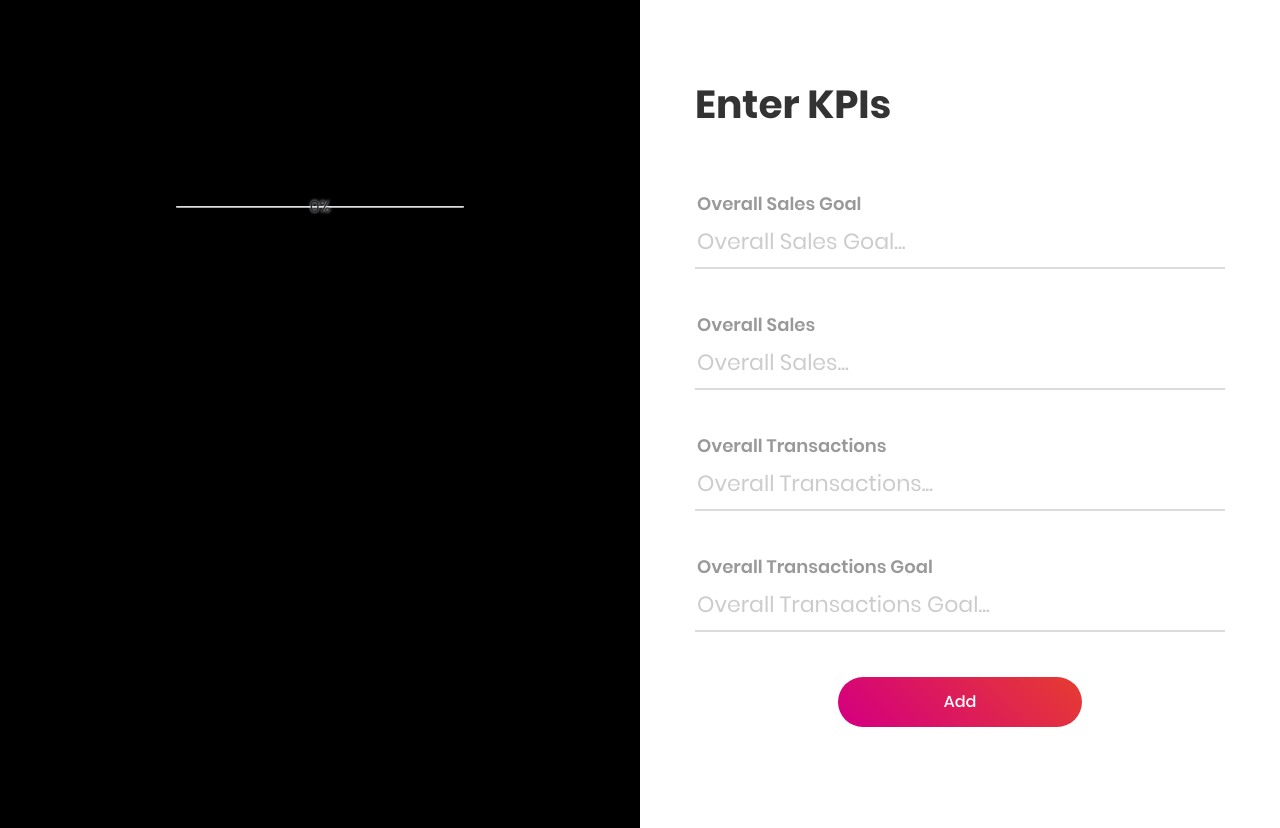
Repository: jameyel/kpi-entry
Page: index.html
These files come from the project's save history. The page is drawn as it stood at one moment and after the next save; the edit follows.
The browser window is 1280 px wide. The pictures show the whole page.

Above is the page before, as saved 2018-12-09 19:45:14.

### index.html
<!DOCTYPE html>
<html lang="en">
  <head>
    <title>Contact V13</title>
    <meta charset="UTF-8" />
    <meta name="viewport" content="width=device-width, initial-scale=1" />
    <!--
      ===============================================================================================
    -->
    <link rel="icon" type="image/png" href="images/icons/favicon.ico" />
    <!--
      ===============================================================================================
    -->
    <link
      rel="stylesheet"
      type="text/css"
      href="vendor/bootstrap/css/bootstrap.min.css"
    />
    <!--
      ===============================================================================================
    -->
    <link
      rel="stylesheet"
      type="text/css"
      href="fonts/font-awesome-4.7.0/css/font-awesome.min.css"
    />
    <!--
      ===============================================================================================
    -->
    <link
      rel="stylesheet"
      type="text/css"
      href="fonts/Linearicons-Free-v1.0.0/icon-font.min.css"
    />
    <!--
      ===============================================================================================
    -->
    <link
      rel="stylesheet"
      type="text/css"
      href="fonts/iconic/css/material-design-iconic-font.min.css"
    />
    <!--
      ===============================================================================================
    -->
    <link rel="stylesheet" type="text/css" href="vendor/animate/animate.css" />
    <!--
      ===============================================================================================
    -->
    <link
      rel="stylesheet"
      type="text/css"
      href="vendor/css-hamburgers/hamburgers.min.css"
    />
    <!--
      ===============================================================================================
    -->
    <link
      rel="stylesheet"
      type="text/css"
      href="vendor/animsition/css/animsition.min.css"
    />
    <!--
      ===============================================================================================
    -->
    <link
      rel="stylesheet"
      type="text/css"
      href="vendor/select2/select2.min.css"
    />
    <!--
      ===============================================================================================
    -->
    <link
      rel="stylesheet"
      type="text/css"
      href="vendor/daterangepicker/daterangepicker.css"
    />
    <link rel="stylesheet" type="text/css" href="./css/loading-bar.css" />
    <!--
      ===============================================================================================
    -->
    <link rel="stylesheet" type="text/css" href="css/util.css" />
    <link rel="stylesheet" type="text/css" href="css/main.css" />
    <!--
      ===============================================================================================
    -->
  </head>
  <body>
    <div class="container-kpi100">
      <div class="kpi100-chart">
        <div
          class="ldBar label-center ldbar-overall-sales"
          style="width:50%;height:50%;margin:auto"
        ></div>
      </div>

      <div class="wrap-kpi100">
        <form class="kpi100-form validate-form">
          <span class="kpi100-form-title"> Enter KPIs </span>

          <div
            class="wrap-input100 validate-input"
            data-validate="Overall Sales are required"
          >
            <div
              class="wrap-input100 validate-input"
              data-validate="Overall Sales Goal is required: 123456"
            >
              <span class="label-input100">Overall Sales Goal</span>
              <input
                class="input100 overall-sales-goal"
                type="text"
                name="osg"
                placeholder="Overall Sales Goal..."
              />
              <span class="focus-input100"></span>
            </div>

            <span class="label-input100">Overall Sales</span>
            <input
              class="input100 overall-sales"
              type="text"
              name="os"
              placeholder="Overall Sales..."
            />
            <span class="focus-input100"></span>
          </div>

          <div class="wrap-input100">
            <span class="label-input100">Overall Transactions</span>
            <input
              class="input100"
              type="text"
              name="ot"
              placeholder="Overall Transactions..."
            />
            <span class="focus-input100"></span>
          </div>

          <div class="wrap-input100">
            <span class="label-input100">Overall Transactions Goal</span>
            <input
              class="input100"
              type="text"
              name="otg"
              placeholder="Overall Transactions Goal..."
            />
            <span class="focus-input100"></span>
          </div>

          <div class="container-kpi100-form-btn">
            <div class="wrap-kpi100-form-btn">
              <div class="kpi100-form-bgbtn"></div>
              <button class="kpi100-form-btn">Add</button>
            </div>
          </div>
        </form>
      </div>
    </div>

    <div id="dropDownSelect1"></div>

    <!--
      ===============================================================================================
    -->
    <script src="vendor/jquery/jquery-3.2.1.min.js"></script>
    <!--
      ===============================================================================================
    -->
    <script src="vendor/animsition/js/animsition.min.js"></script>
    <!--
      ===============================================================================================
    -->
    <script src="vendor/bootstrap/js/popper.js"></script>
    <script src="vendor/bootstrap/js/bootstrap.min.js"></script>
    <!--
      ===============================================================================================
    -->
    <script src="vendor/select2/select2.min.js"></script>
    <!--
      ===============================================================================================
    -->
    <script src="vendor/daterangepicker/moment.min.js"></script>
    <script src="vendor/daterangepicker/daterangepicker.js"></script>
    <!--
      ===============================================================================================
    -->
    <script src="vendor/countdowntime/countdowntime.js"></script>
    <!--
      ===============================================================================================
    -->
    <script src="js/chart-custom.js"></script>
    <!--
      ===============================================================================================
    -->
    <script type="text/javascript" src="./js/loading-bar.js"></script>
    <script src="js/main.js"></script>
  </body>
</html>

### css/main.css
/*//////////////////////////////////////////////////////////////////
[ FONT ]*/

@font-face {
  font-family: Poppins-Regular;
  src: url('../fonts/poppins/Poppins-Regular.ttf');
}

@font-face {
  font-family: Poppins-Medium;
  src: url('../fonts/poppins/Poppins-Medium.ttf');
}

@font-face {
  font-family: Poppins-Bold;
  src: url('../fonts/poppins/Poppins-Bold.ttf');
}

@font-face {
  font-family: Poppins-SemiBold;
  src: url('../fonts/poppins/Poppins-SemiBold.ttf');
}

/*//////////////////////////////////////////////////////////////////
[ RESTYLE TAG ]*/

* {
  margin: 0px;
  padding: 0px;
  box-sizing: border-box;
}

body,
html {
  height: 100%;
  font-family: Poppins-Regular, sans-serif;
}

/*---------------------------------------------*/
a {
  font-family: Poppins-Regular;
  font-size: 14px;
  line-height: 1.7;
  color: #666666;
  margin: 0px;
  transition: all 0.4s;
  -webkit-transition: all 0.4s;
  -o-transition: all 0.4s;
  -moz-transition: all 0.4s;
}

a:focus {
  outline: none !important;
}

a:hover {
  text-decoration: none;
}

/*---------------------------------------------*/
h1,
h2,
h3,
h4,
h5,
h6 {
  margin: 0px;
}

p {
  font-family: Poppins-Regular;
  font-size: 14px;
  line-height: 1.7;
  color: #666666;
  margin: 0px;
}

ul,
li {
  margin: 0px;
  list-style-type: none;
}

/*---------------------------------------------*/
input {
  outline: none;
  border: none;
}

input[type='number'] {
  -moz-appearance: textfield;
  appearance: none;
  -webkit-appearance: none;
}

input[type='number']::-webkit-outer-spin-button,
input[type='number']::-webkit-inner-spin-button {
  -webkit-appearance: none;
}

textarea {
  outline: none;
  border: none;
}

textarea:focus,
input:focus {
  border-color: transparent !important;
}

input:focus::-webkit-input-placeholder {
  color: transparent;
}
input:focus:-moz-placeholder {
  color: transparent;
}
input:focus::-moz-placeholder {
  color: transparent;
}
input:focus:-ms-input-placeholder {
  color: transparent;
}

textarea:focus::-webkit-input-placeholder {
  color: transparent;
}
textarea:focus:-moz-placeholder {
  color: transparent;
}
textarea:focus::-moz-placeholder {
  color: transparent;
}
textarea:focus:-ms-input-placeholder {
  color: transparent;
}

input::-webkit-input-placeholder {
  color: #cccccc;
}
input:-moz-placeholder {
  color: #cccccc;
}
input::-moz-placeholder {
  color: #cccccc;
}
input:-ms-input-placeholder {
  color: #cccccc;
}

textarea::-webkit-input-placeholder {
  color: #cccccc;
}
textarea:-moz-placeholder {
  color: #cccccc;
}
textarea::-moz-placeholder {
  color: #cccccc;
}
textarea:-ms-input-placeholder {
  color: #cccccc;
}

/*---------------------------------------------*/
button {
  outline: none !important;
  border: none;
  background: transparent;
}

button:hover {
  cursor: pointer;
}

iframe {
  border: none !important;
}

/*//////////////////////////////////////////////////////////////////
[ Contact ]*/

.container-kpi100 {
  width: 100%;
  min-height: 100vh;
  display: -webkit-box;
  display: -webkit-flex;
  display: -moz-box;
  display: -ms-flexbox;
  display: flex;
  flex-wrap: wrap;
  justify-content: flex-end;
  align-items: center;
  background: transparent;
  position: relative;
  z-index: 1;
}

.kpi100-chart {
  position: absolute;
  z-index: -2;
  width: calc(100% - 640px);
  height: 100%;
  top: 0;
  left: 0;
  background: #000;
}

.wrap-kpi100 {
  width: 640px;
  min-height: 100vh;
  background: #fff;
  border-radius: 2px;
  padding: 82px 55px 33px 55px;
  position: relative;
}

.show-wrap-kpi100 {
  visibility: visible;
  opacity: 1;
}

/*==================================================================
[ Form ]*/

.kpi100-form {
  width: 100%;
  display: -webkit-box;
  display: -webkit-flex;
  display: -moz-box;
  display: -ms-flexbox;
  display: flex;
  flex-wrap: wrap;
  justify-content: space-between;
  padding-bottom: 68px;
}

.kpi100-form-title {
  display: block;
  width: 100%;
  font-family: Poppins-Bold;
  font-size: 39px;
  color: #333333;
  line-height: 1.2;
  text-align: left;
  padding-bottom: 64px;
}

/*------------------------------------------------------------------
[ Input ]*/

.wrap-input100 {
  width: 100%;
  position: relative;
  border-bottom: 2px solid #dbdbdb;
  margin-bottom: 45px;
}

.label-input100 {
  font-family: Poppins-SemiBold;
  font-size: 18px;
  color: #999999;
  line-height: 1.2;
  padding-left: 2px;
}

.input100 {
  display: block;
  width: 100%;
  background: transparent;
  font-family: Poppins-Regular;
  font-size: 22px;
  color: #555555;
  line-height: 1.2;
  padding: 0 2px;
}

.focus-input100 {
  position: absolute;
  display: block;
  width: 100%;
  height: 100%;
  top: 0;
  left: 0;
  pointer-events: none;
}

.focus-input100::before {
  content: '';
  display: block;
  position: absolute;
  bottom: -2px;
  left: 0;
  width: 0;
  height: 2px;

  -webkit-transition: all 0.4s;
  -o-transition: all 0.4s;
  -moz-transition: all 0.4s;
  transition: all 0.4s;

  background: #df254e;
  background: -webkit-linear-gradient(45deg, #d5007d, #e53935);
  background: -o-linear-gradient(45deg, #d5007d, #e53935);
  background: -moz-linear-gradient(45deg, #d5007d, #e53935);
  background: linear-gradient(45deg, #d5007d, #e53935);
}

/*---------------------------------------------*/
input.input100 {
  height: 50px;
}

textarea.input100 {
  min-height: 140px;
  padding-top: 13px;
  padding-bottom: 13px;
}

.input100:focus + .focus-input100::before {
  width: 100%;
}

.has-val.input100 + .focus-input100::before {
  width: 100%;
}

/*------------------------------------------------------------------
[ Button ]*/
.container-kpi100-form-btn {
  width: 100%;
  display: -webkit-box;
  display: -webkit-flex;
  display: -moz-box;
  display: -ms-flexbox;
  display: flex;
  flex-wrap: wrap;
  justify-content: center;
}

.wrap-kpi100-form-btn {
  display: block;
  position: relative;
  z-index: 1;
  border-radius: 25px;
  overflow: hidden;
}

.kpi100-form-bgbtn {
  position: absolute;
  z-index: -1;
  width: 300%;
  height: 100%;
  background: #df2351;
  background: -webkit-linear-gradient(
    -135deg,
    #d5007d,
    #e53935,
    #d5007d,
    #e53935
  );
  background: -o-linear-gradient(-135deg, #d5007d, #e53935, #d5007d, #e53935);
  background: -moz-linear-gradient(-135deg, #d5007d, #e53935, #d5007d, #e53935);
  background: linear-gradient(-135deg, #d5007d, #e53935, #d5007d, #e53935);
  top: 0;
  left: -100%;
  -webkit-transition: all 0.4s;
  -o-transition: all 0.4s;
  -moz-transition: all 0.4s;
  transition: all 0.4s;
}
.kpi100-form-btn {
  display: -webkit-box;
  display: -webkit-flex;
  display: -moz-box;
  display: -ms-flexbox;
  display: flex;
  justify-content: center;
  align-items: center;
  padding: 0 20px;
  min-width: 244px;
  height: 50px;
  font-family: Poppins-Medium;
  font-size: 16px;
  color: #fff;
  line-height: 1.2;
}
.wrap-kpi100-form-btn:hover .kpi100-form-bgbtn {
  left: 0;
}
/* ------------------------------------------------------------------
[ Responsive ] */
@media (max-width: 576px) {
  .wrap-kpi100 {
    padding: 82px 15px 33px 15px;
  }
}
/* ------------------------------------------------------------------
[ Alert validate ] */
.validate-input {
  position: relative;
}
.alert-validate::before {
  content: attr(data-validate);
  position: absolute;
  max-width: 70%;
  background-color: #fff;
  border: 1px solid #c80000;
  border-radius: 2px;
  padding: 4px 30px 4px 10px;
  bottom: calc((100% - 25px) / 2);
  -webkit-transform: translateY(50%);
  -moz-transform: translateY(50%);
  -ms-transform: translateY(50%);
  -o-transform: translateY(50%);
  transform: translateY(50%);
  right: 2px;
  pointer-events: none;
  font-family: Poppins-Medium;
  color: #c80000;
  font-size: 14px;
  line-height: 1.4;
  text-align: left;
  visibility: hidden;
  opacity: 0;
  -webkit-transition: opacity 0.4s;
  -o-transition: opacity 0.4s;
  -moz-transition: opacity 0.4s;
  transition: opacity 0.4s;
}
.alert-validate::after {
  content: '\f06a';
  font-family: FontAwesome;
  display: block;
  position: absolute;
  color: #c80000;
  font-size: 18px;
  bottom: calc((100% - 25px) / 2);
  -webkit-transform: translateY(50%);
  -moz-transform: translateY(50%);
  -ms-transform: translateY(50%);
  -o-transform: translateY(50%);
  transform: translateY(50%);
  right: 8px;
}
.alert-validate:hover:before {
  visibility: visible;
  opacity: 1;
}
@media (max-width: 992px) {
  .alert-validate::before {
    visibility: visible;
    opacity: 1;
  }
}
.true-validate::after {
  content: '\f26b';
  font-family: Material-Design-Iconic-Font;
  font-size: 22px;
  color: #00ad5f;
  display: -webkit-box;
  display: -webkit-flex;
  display: -moz-box;
  display: -ms-flexbox;
  display: flex;
  align-items: center;
  justify-content: center;
  position: absolute;
  bottom: calc((100% - 25px) / 2);
  -webkit-transform: translateY(50%);
  -moz-transform: translateY(50%);
  -ms-transform: translateY(50%);
  -o-transform: translateY(50%);
  transform: translateY(50%);
  right: 5px;
}
/* ==================================================================
[ Contact more ] */
.kpi100-more {
  font-family: Poppins-Medium;
  font-size: 16px;
  color: #fff;
  position: fixed;
  z-index: -1;
  display: -webkit-box;
  display: -webkit-flex;
  display: -moz-box;
  display: -ms-flexbox;
  display: flex;
  justify-content: center;
  align-items: center;
  min-width: 212px;
  height: 50px;
  border-radius: 25px;
  background-color: #39b54a;
  padding: 0 20px;
  top: 50%;
  left: calc((100% - 640px) / 2);
  -webkit-transform: translate(-50%, -50%);
  -moz-transform: translate(-50%, -50%);
  -ms-transform: translate(-50%, -50%);
  -o-transform: translate(-50%, -50%);
  transform: translate(-50%, -50%);
}
.kpi100-more i {
  font-size: 20px;
  margin-right: 10px;
}
@media (max-width: 1200px) {
  .wrap-kpi100 {
    width: 440px;
  }
  .kpi100-map {
    width: calc(100% - 440px);
  }
  .kpi100-more {
    left: calc((100% - 440px) / 2);
  }
}
@media (max-width: 768px) {
  .wrap-kpi100 {
    width: 100%;
  }
  .kpi100-map {
    display: none;
  }
  .kpi100-more {
    position: absolute;
    background-color: transparent;
    color: #39b54a;
    bottom: 0px;
    top: auto;
    left: 50%;
    z-index: 10;
  }
}

### js/chart-custom.js
$(document).ready(() => {
  var bar = new ldBar('.ldbar-overall-sales', {
    preset: 'line',
    value: '0'
  });
  $('.overall-sales, .overall-sales-goal').on('blur', () => {
    const osVal = $('.overall-sales').val();
    const osgVal = $('.overall-sales-goal').val();

    if (osVal && osgVal) {
      const newPercent = Math.floor((osVal / osgVal) * 100);
      bar.set(newPercent);
      if (newPercent > 100) {
        console.log(newPercent);
      }
    }
  });
});

Loaded but not shown: vendor/bootstrap/css/bootstrap.min.css (library); fonts/font-awesome-4.7.0/css/font-awesome.min.css (library); fonts/Linearicons-Free-v1.0.0/icon-font.min.css (library); fonts/iconic/css/material-design-iconic-font.min.css (library); vendor/animate/animate.css (library); vendor/css-hamburgers/hamburgers.min.css (library); vendor/animsition/css/animsition.min.css (library); vendor/select2/select2.min.css (library); vendor/daterangepicker/daterangepicker.css (library); css/loading-bar.css (common file); vendor/jquery/jquery-3.2.1.min.js (library); vendor/animsition/js/animsition.min.js (library); vendor/bootstrap/js/popper.js (library); vendor/bootstrap/js/bootstrap.min.js (library); vendor/select2/select2.min.js (library); vendor/daterangepicker/moment.min.js (library); vendor/daterangepicker/daterangepicker.js (library); vendor/countdowntime/countdowntime.js (common file); js/loading-bar.js (803 lines, source omitted); js/main.js (94 lines, source omitted); css/util.css (2984 lines, source omitted)

After the next save:
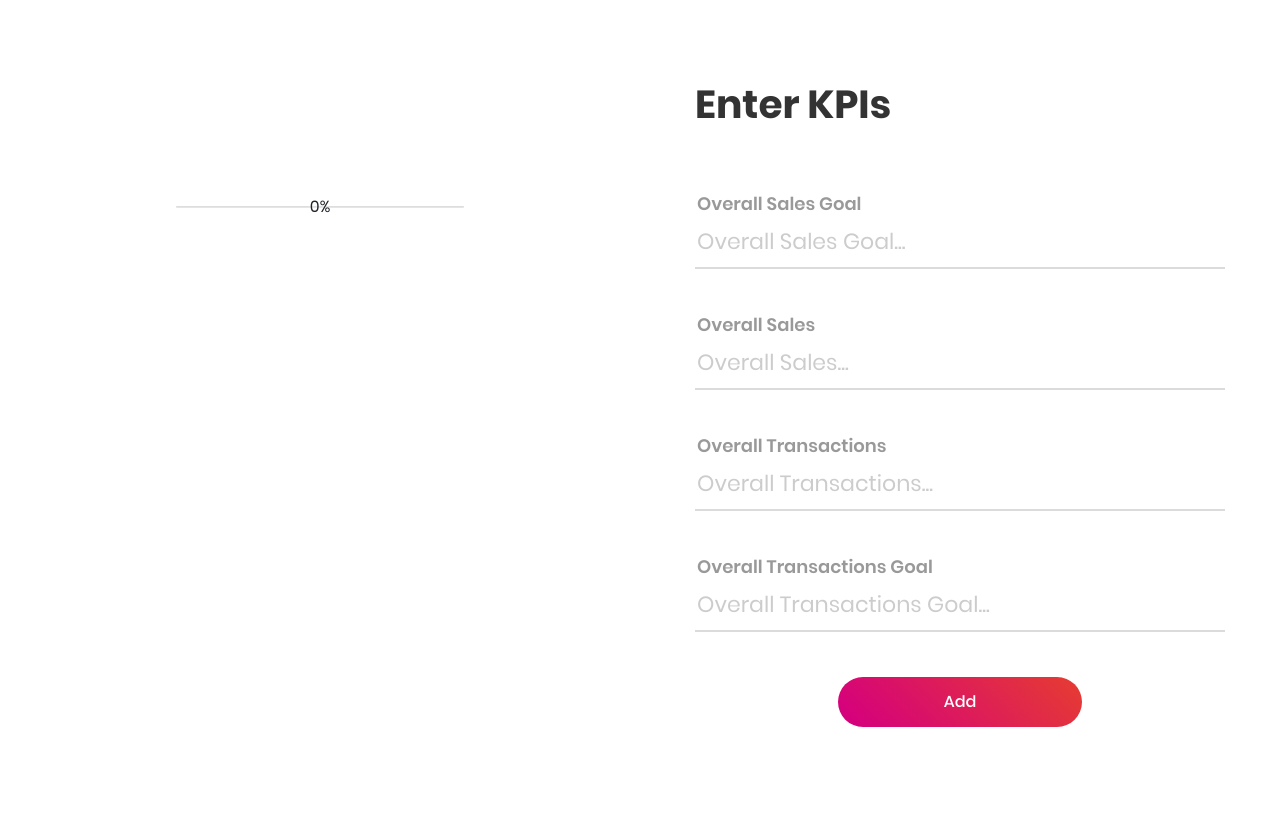
Saved 13 min 45 s later.
--- a/css/main.css
+++ b/css/main.css
@@ -201,7 +201,7 @@ iframe {
   height: 100%;
   top: 0;
   left: 0;
-  background: #000;
+  /* background: #000; */
 }
 
 .wrap-kpi100 {
--- a/js/chart-custom.js
+++ b/js/chart-custom.js
@@ -1,6 +1,6 @@
 $(document).ready(() => {
   var bar = new ldBar('.ldbar-overall-sales', {
-    preset: 'line',
+    preset: 'rainbow',
     value: '0'
   });
   $('.overall-sales, .overall-sales-goal').on('blur', () => {
